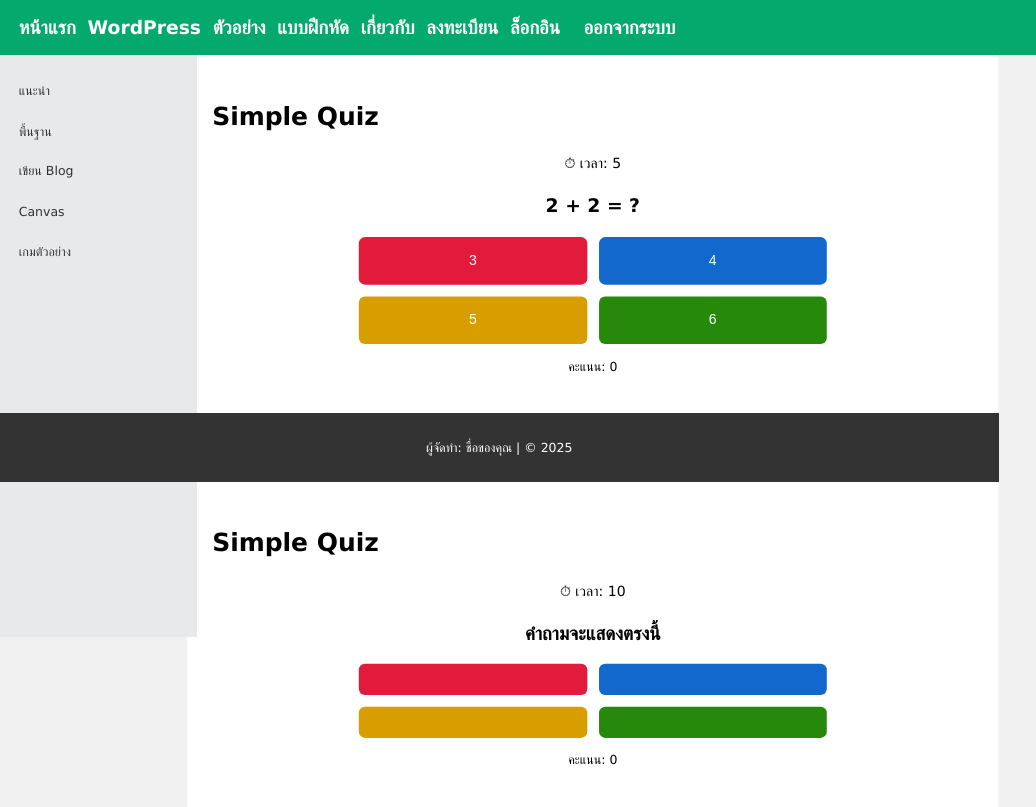
Repository: staggil/thesis
Page: private/exercises/quiz.html
The author's editor kept a copy of each file at every save. The page is drawn from the files as they stood at one save, then again after the next save.
The browser window is 1280 px wide. The page is 1328 px wide, so the pictures cover 1328 px, including what lies to the right of the window. The pictures show the whole page, at 78% of full size.
The page's requests for data from a server got no answer.

Above is the page before, as saved 2025-12-16 09:26:27.

After the next save:
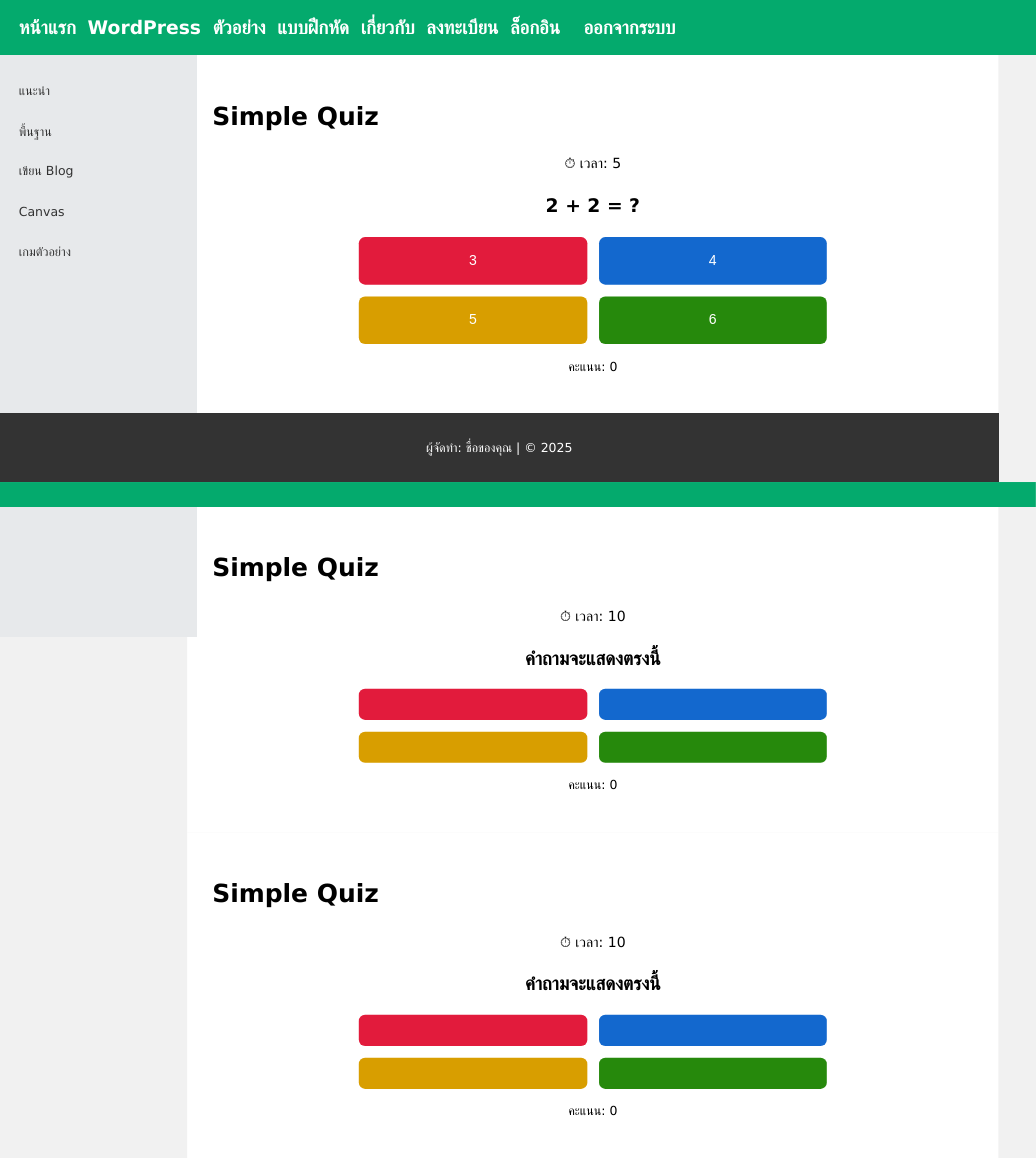
Saved 2 min 11 s later.
--- a/private/exercises/quiz.html
+++ b/private/exercises/quiz.html
@@ -1,3 +1,45 @@
+<!DOCTYPE html>
+<html lang="th">
+<head>
+    <meta charset="UTF-8">
+    <meta name="viewport" content="width=device-width, initial-scale=1.0">
+    <title>หน้าแรก</title>
+    <link rel="stylesheet" href="/style.css">
+    <script src="/script.js" defer></script>
+</head>
+<body data-sidebar="/components/sidebar.html">
+
+    <div class="app">
+    <!-- header -->
+    <div id="header-placeholder"></div>
+    <div id="sidebar-placeholder"></div>
+        <div class="page-wrapper">
+            <div class="layout">
+                <main id="main-content">
+                    <h1>Simple Quiz</h1>
+                        <div id="quiz-container">
+                            <div id="timer">⏱ เวลา: <span id="time">10</span></div>
+                                <h2 id="question">คำถามจะแสดงตรงนี้</h2>
+                                    <div class="choices">
+                                        <button class="choice red"></button>
+                                        <button class="choice blue"></button>
+                                        <button class="choice yellow"></button>
+                                        <button class="choice green"></button>
+                                    </div>
+                                <p id="score">คะแนน: 0</p>
+                        </div>
+                </main>
+            </div>
+        </div>
+    <!-- footer -->
+    <div id="footer-placeholder"></div>
+</div>
+</body>
+</html>
+
+
+<!-- โหลด quiz หลัง script.js -->
+<script src="/quiz.js" defer></script>
 <!DOCTYPE html>
 <html lang="th">
 <head>
